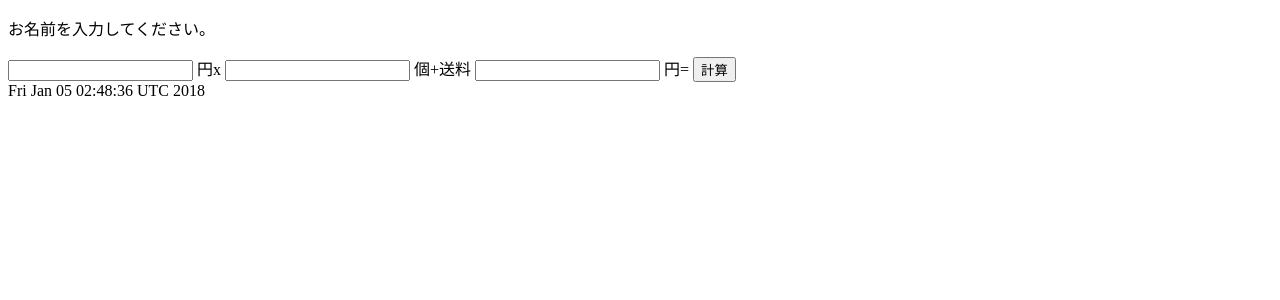
Repository: nhikaru/backup
Page: http://localhost/HelloJSP/
The author's editor kept a copy of each file at every save. The page is drawn from the files as they stood at one save, then again after a run of saves.
The browser window is 1280 px wide. The pictures show the whole page.
The page is served by Tomcat 9.

Above is the page before, as saved 2018-01-05 05:20:05.

After the next 2 saves:
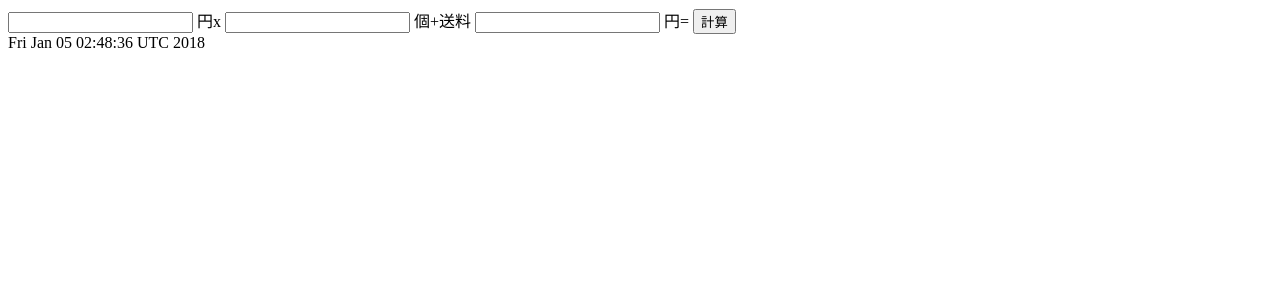
The 2 saves are shown as one change because 1 did not build or start.
The last was saved 8 min 59 s later.
--- a/HelloJSP/WebContent/index.jsp
+++ b/HelloJSP/WebContent/index.jsp
@@ -7,7 +7,6 @@
 <title>TEST</title>
 </head>
 <body>
-<p>お名前を入力してください。</p>
 <form method="post" action="total-out.jsp">
 <input type="text" name="price">
 円x
